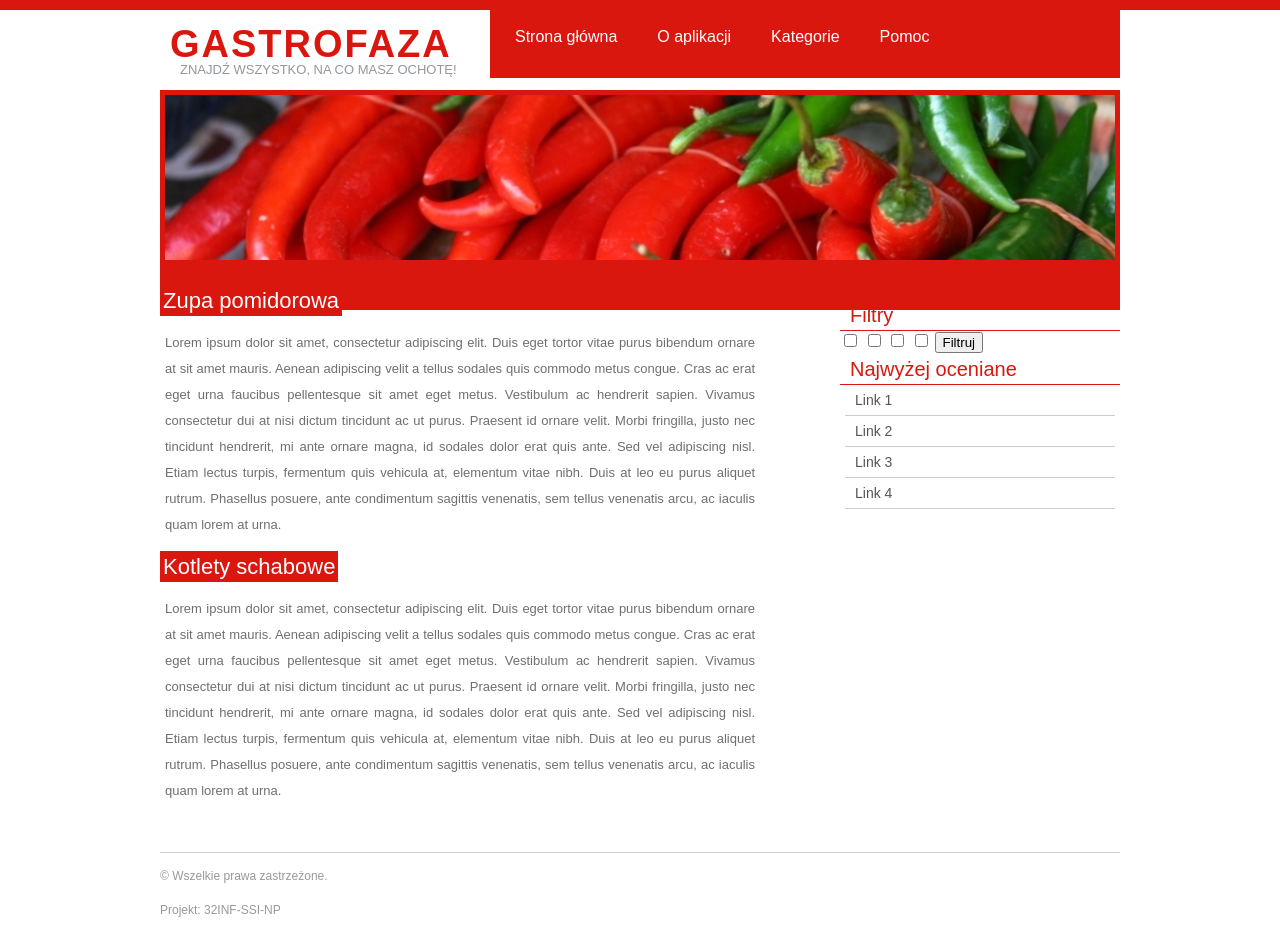
Repository: Michals1988/GroupProject
Page: index.html
An editor plug-in stored every save of this project. The page is shown before and after the next save, followed by the edit.
The browser window is 1280 px wide. The pictures show the whole page.

Above is the page before, as saved 2020-10-25 17:24:35.

### index.html
<!DOCTYPE html
    PUBLIC "-//W3C//DTD XHTML 1.0 Transitional//EN" "http://www.w3.org/TR/xhtml1/DTD/xhtml1-transitional.dtd">
<html xmlns="http://www.w3.org/1999/xhtml">

<head>
    <meta http-equiv="Content-Type" content="text/html; charset=utf-8" />
    <title>Gastrofaza</title>

    <link rel="stylesheet" type="text/css" href="css/style.css" />

</head>

<body>

    <div id="wrapper">
        <div id="logo">
            <a href="#">
                <h1>Gastrofaza</h1>
                <p>Znajdź wszystko, na co masz ochotę!</p>
            </a>
        </div>
        <div id="menu">
            <ul>
                <li><a href="#">Strona główna</a></li>
                <li><a href="#">O aplikacji</a></li>
                <li><a href="#">Kategorie</a></li>
                <li><a href="#">Pomoc</a></li>
            </ul>
            <div id="search_top">
                <input type="text" value="Szukaj przepisu" />
            </div>
        </div>
        <div id="header">
            <img src="images/header.jpg" />
        </div>
        <div id="menu_top">
            <div id="container">
                <div id="content">
                    <span class="content_title">Zupa pomidorowa</span>
                    <p>
                        Lorem ipsum dolor sit amet, consectetur adipiscing elit. Duis eget tortor vitae purus bibendum
                        ornare at sit amet mauris. Aenean adipiscing velit a tellus sodales quis commodo metus congue.
                        Cras ac erat eget urna faucibus pellentesque sit amet eget metus. Vestibulum ac hendrerit
                        sapien. Vivamus consectetur dui at nisi dictum tincidunt ac ut purus. Praesent id ornare velit.
                        Morbi fringilla, justo nec tincidunt hendrerit, mi ante ornare magna, id sodales dolor erat quis
                        ante. Sed vel adipiscing nisl. Etiam lectus turpis, fermentum quis vehicula at, elementum vitae
                        nibh. Duis at leo eu purus aliquet rutrum. Phasellus posuere, ante condimentum sagittis
                        venenatis, sem tellus venenatis arcu, ac iaculis quam lorem at urna.
                    </p>
                    <span class="content_title">Kotlety schabowe</span>
                    <p>
                        Lorem ipsum dolor sit amet, consectetur adipiscing elit. Duis eget tortor vitae purus bibendum
                        ornare at sit amet mauris. Aenean adipiscing velit a tellus sodales quis commodo metus congue.
                        Cras ac erat eget urna faucibus pellentesque sit amet eget metus. Vestibulum ac hendrerit
                        sapien. Vivamus consectetur dui at nisi dictum tincidunt ac ut purus. Praesent id ornare velit.
                        Morbi fringilla, justo nec tincidunt hendrerit, mi ante ornare magna, id sodales dolor erat quis
                        ante. Sed vel adipiscing nisl. Etiam lectus turpis, fermentum quis vehicula at, elementum vitae
                        nibh. Duis at leo eu purus aliquet rutrum. Phasellus posuere, ante condimentum sagittis
                        venenatis, sem tellus venenatis arcu, ac iaculis quam lorem at urna.
                    </p>
                </div>
                <div id="sidebar">
                    <div id="sidebar_title">Filtry</div>
                    <input type="checkbox">
                    <input type="checkbox">
                    <input type="checkbox">
                    <input type="checkbox">
                    <button id="filter_button">Filtruj</button>
                    <div id="sidebar_title">Najwyżej oceniane</div>
                    <ul>
                        <li><a href="#">Link 1</a></li>
                        <li><a href="#">Link 2</a></li>
                        <li><a href="#">Link 3</a></li>
                        <li><a href="#">Link 4</a></li>
                    </ul>
                </div>
            </div>
            <div id="foot">
                <p>&copy Wszelkie prawa zastrzeżone. <p>Projekt: 32INF-SSI-NP</p>
            </div>
        </div>
</body>

</html>

### css/style.css
body {
	font-family: Arial, Helvetica, sans-serif;
	font-size: 13px;
	color: #6d6f71;
	text-align: center;
	background: url(../images/bg.png) repeat-x;
}

#wrapper {
	width: 960px;
	margin: 0 auto;
	text-align: left;
}

a {
	color: #d9170e;
	text-decoration: none;
}

a:hover {
	text-decoration: underline;
}

#logo {
	float: left;
	margin-left: 10px;
	margin-top: -10px;
	padding: 0;
}

#logo a,
#logo a:hover {
	text-decoration: none;
}

#logo h1 {
	font-size: 38px;
	font-weight: bold;
	text-transform: uppercase;
	letter-spacing: 2px;
	color: #d9170e;
	font-family: Arial, Helvetica, sans-serif;
}

#logo p {
	font-size: 13px;
	color: #91989e;
	text-transform: uppercase;
	margin-top: -30px;
	padding-left: 10px;
}

#menu {
	width: 630px;
	height: 80px;
	float: right;
	margin-top: -10px;
	margin-left: 20px;
	background: url(../images/bg.png);
}

#menu ul {
	list-style: none;
	margin: 0;
	padding: 5px 5px 5px 5px;
}

#menu li {
	display: block;
	float: left;
}

#menu a {
	color: #fff;
	font-size: 16px;
	display: block;
	float: left;
	margin-top: -5px;
	padding: 30px 20px 20px 20px;
	text-decoration: none;
}

#menu a:hover {
	background: #fff;
	color: #d9170e;

}

#search_top {
	float: right;
	margin-right: 30px;
	padding-top: 20px;
}

#search_top input {
	padding: 5px;
	border: 0px;
}

#header {
	float: left;
	width: 960px;
	height: 175px;
	background: url(../images/bg.png);
	text-align: center;
	padding-top: 5px;
}

#title_head {
	float: left;
	padding-top: 30px;
	padding-left: 550px;
	color: #333333;
	font-size: 24px;
}

#menu_top {
	width: 960px;
	height: 50px;
	float: left;
	margin-top: -10px;
	margin-bottom: 15px;
	background: url(../images/bg.png);
}

#menu_top ul {
	list-style: none;
	margin: 0;
	padding: 5px 5px 5px 5px;
}

#menu_top li {
	display: block;
	float: left;
}

#menu_top a {
	color: #fff;
	font-size: 16px;
	display: block;
	float: left;
	padding: 10px 10px 10px 10px;
	text-decoration: none;
}

#menu_top a:hover {
	background: #fff;
	color: #d9170e;
}

#container {
	float: left;
	margin-bottom: 30px;
	margin-top: 30px;
	width: 960px;
}

#content {
	float: left;
	width: 600px;
	text-align: justify;
	line-height: 22px;
}

#content p {
	text-align: justify;
	line-height: 26px;
	padding: 5px;
}

.content_title {
	padding: 3px;
	font-size: 22px;
	font-weight: normal;
	color: #FFF;
	background: url(../images/bg.png);
}

h2 {
	font-size: 20px;
	font-weight: normal;
	color: #6d8b44;
}

#sidebar {
	float: right;
	width: 280px;
	line-height: 22px;
	text-align: justify;
	margin-top: 10px;
}

#sidebar ul {
	list-style: none;
	margin: 0;
	padding: 5px 5px 5px 5px;
}

#sidebar li {
	display: block;
	float: left;
	width: 270px;
	border-bottom: 1px solid #CCC;
}

#sidebar a {
	color: #555;
	font-size: 14px;
	display: block;
	float: left;
	padding: 4px 0px 4px 10px;
	text-decoration: none;

}

#sidebar a:hover {
	color: #d9170e;
	margin-left: 10px;
	-webkit-border-radius: 5px;
	-khtml-border-radius: 5px;
	-moz-border-radius: 5px;
	border-radius: 5px;
}

#sidebar_title {
	width: 270px;
	font-size: 20px;
	font-weight: normal;
	color: #d9170e;
	float: left;
	padding: 4px 0px 4px 10px;
	border-bottom: 1px solid #d9170e;
}

#sidebar p {
	padding: 5px;
}

#foot {
	width: 960px;
	float: left;
	border-top: 1px solid #CCC;
	font-size: 12px;
	color: #999;
	line-height: 22px;
	padding: 0;
	margin: 0;
}

#foot a {
	font-size: 12px;
	color: #d9170e;
	padding: 0;
	margin: 0;
}

After the next save:
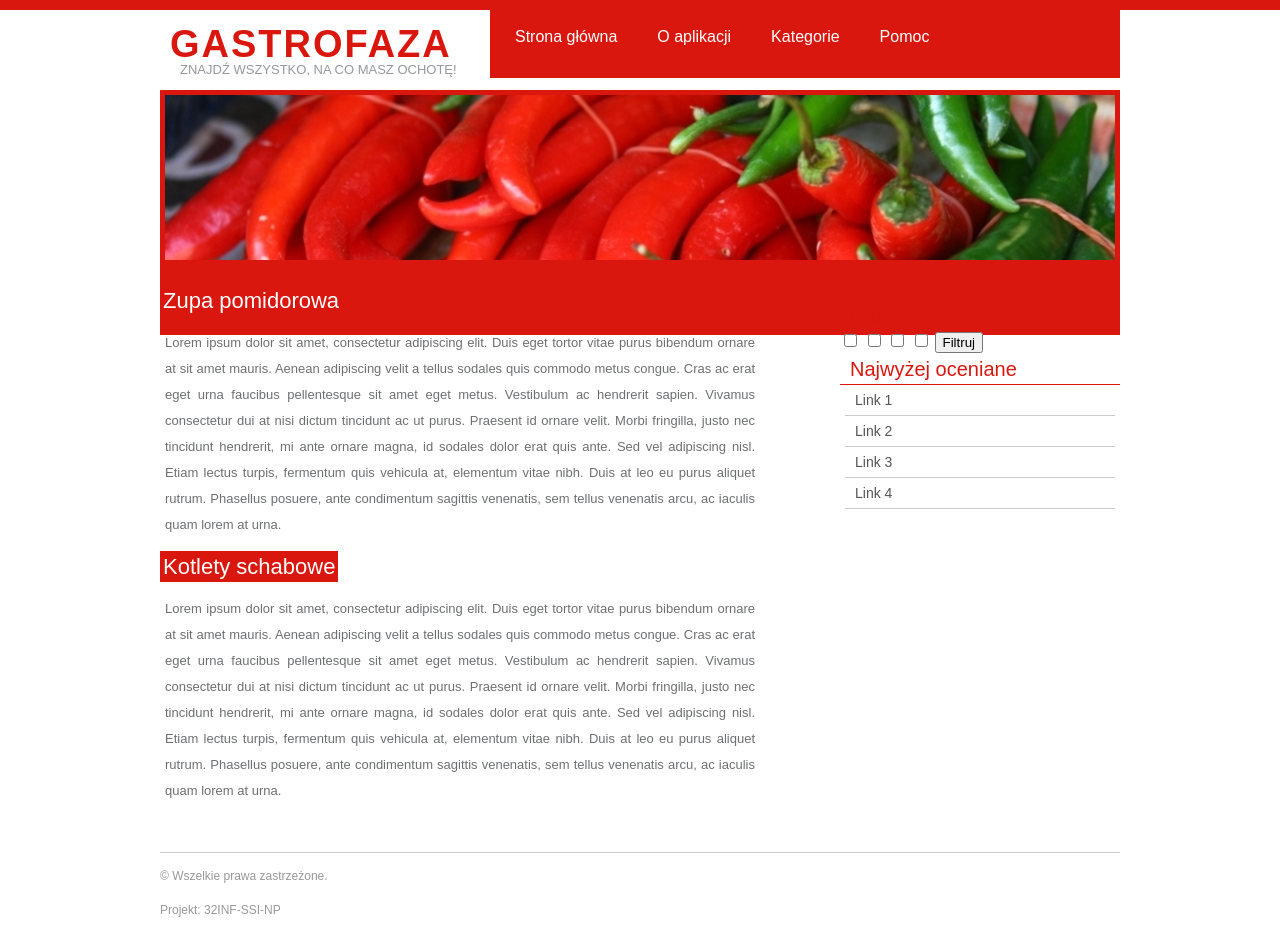
Saved 15 s later.
--- a/css/style.css
+++ b/css/style.css
@@ -119,7 +119,7 @@ a:hover {
 	height: 50px;
 	float: left;
 	margin-top: -10px;
-	margin-bottom: 15px;
+	padding-bottom: 25px;
 	background: url(../images/bg.png);
 }
 
